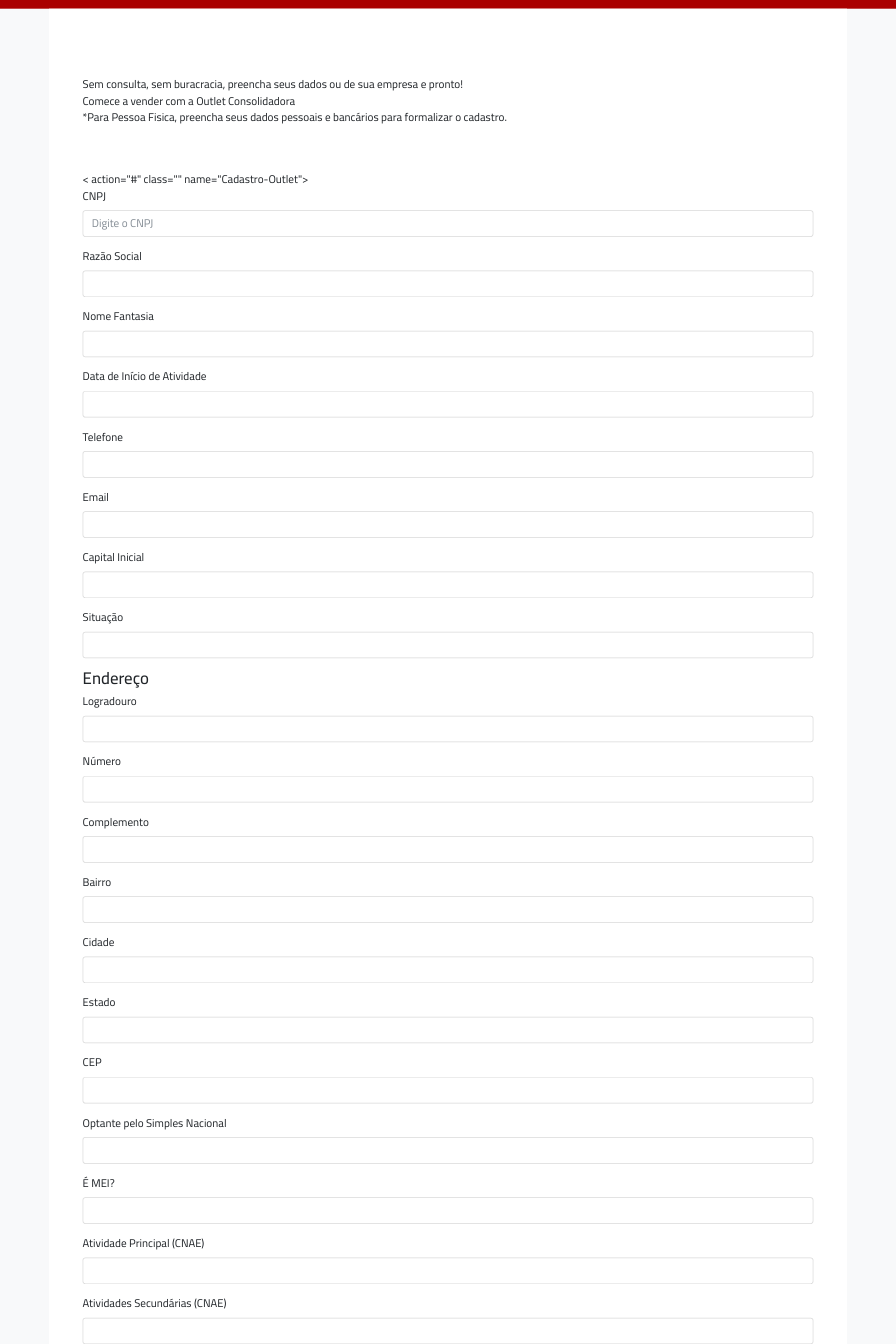
Repository: SkyTeam-Dev/Outlet_Site
Page: Site/Template_Page.html
The author's editor kept a copy of each file at every save. The page is drawn from the files as they stood at one save, then again after the next save.
The browser window is 1280 px wide. The pictures show the part of the page from y = 418 to 2338 px (the page is 3059 px tall before and 3035 px after), at 70% of full size.
Some web libraries are served in a nearby version.

Above is the page before, as saved 2025-03-25 18:35:22.

After the next save:
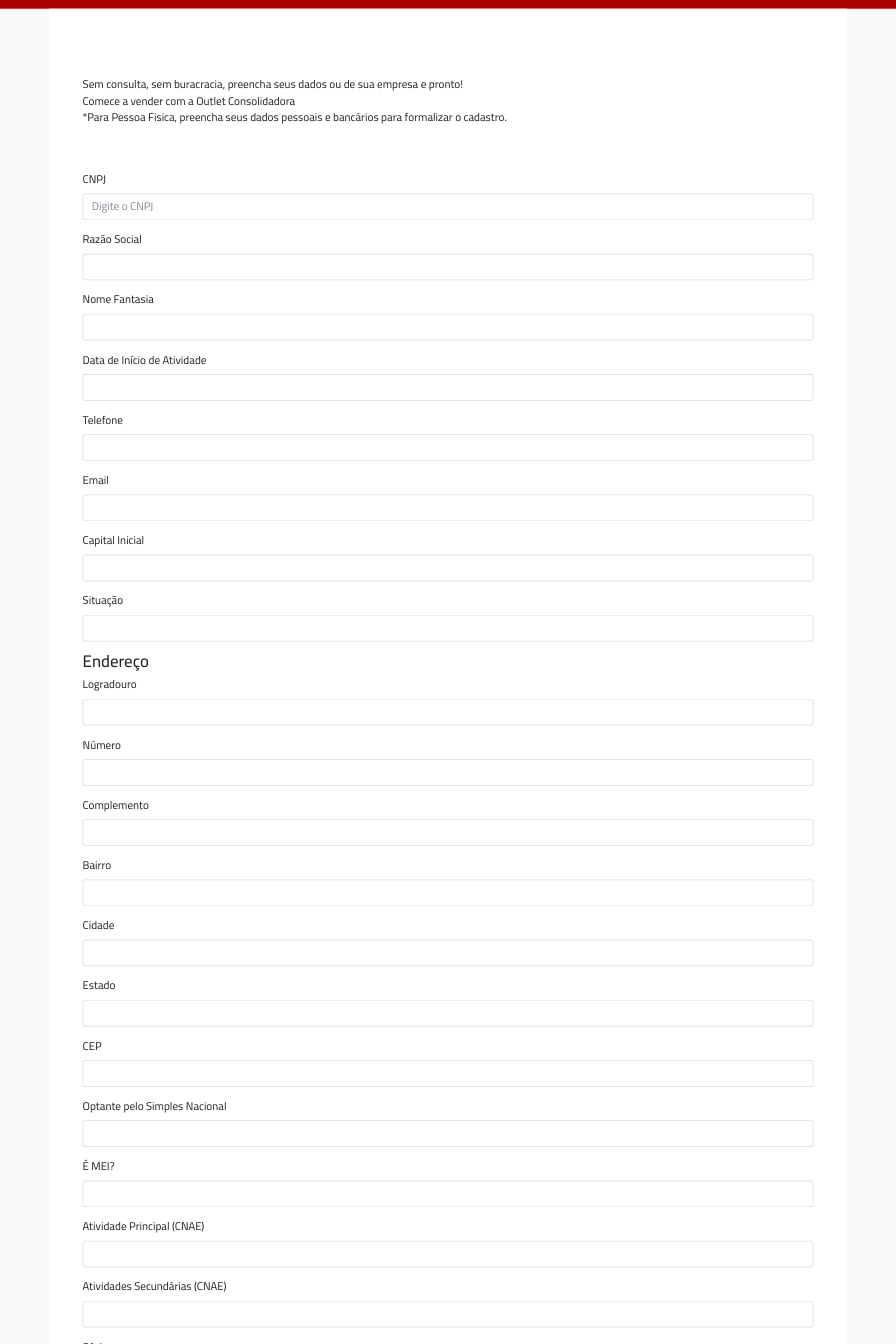
Saved 24 s later.
--- a/Site/Template_Page.html
+++ b/Site/Template_Page.html
@@ -253,7 +253,7 @@
 
                         <div class="col-xl-12 col-lg-12 col-md-12 col-sm-12 mt-5">
 
-                            < action="#" class="" name="Cadastro-Outlet">
+                            <form action="#" class="" name="Cadastro-Outlet">
                                 <div class="form-group">
                                     <label for="CNPJ_Busca">CNPJ</label>
                                     <input type="text" class="form-control" id="CNPJ_Busca" placeholder="Digite o CNPJ">
